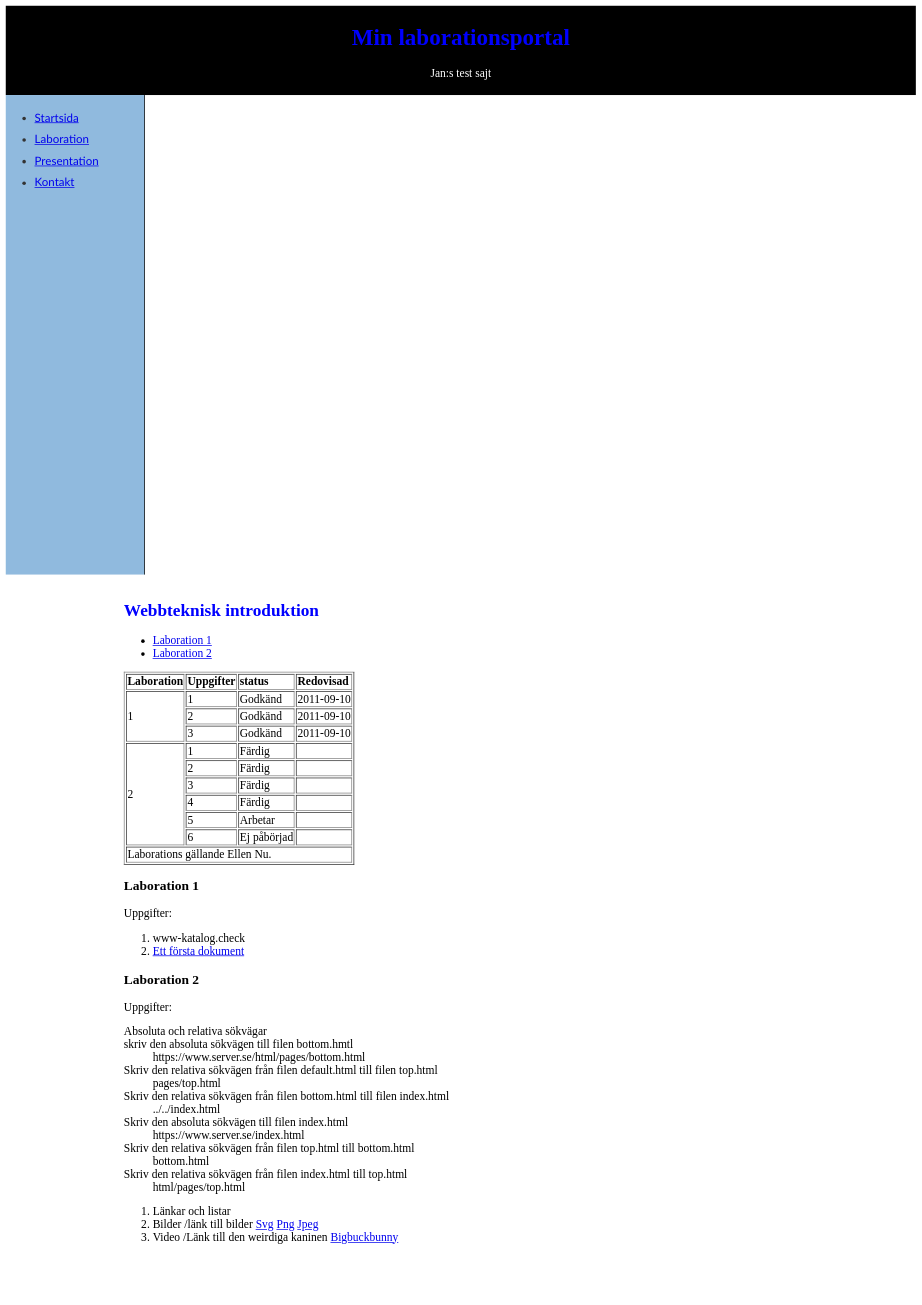
Repository: jt222ic/1ik415-jt222ic-lab-1
Page: pages/laboration.html
The author's editor kept a record of every edit. The page is drawn from the files as they stood at one moment, then again after the next edit.
The browser window is 1280 px wide. The pictures show the whole page, at 72% of full size.

Above is the page before.

### pages/laboration.html
<!DOCTYPE html>
<html lang="en-sv">
    <head>
        <meta charset="utf-8" />
        <title>Laborationsportal</title>
        <link rel="stylesheet" href="Csss/style.css" />
    </head>
    <body>


    <div id="header">
        <h1>Min laborationsportal</h1>

        <p>Jan:s test sajt</p>
   </div>



   <div id="nav">
     <ul>
          <li><a href="../index.html" class="active"> Startsida</a></li>
          <li><a href="laboration.html" class="active"> Laboration</a></li>
          <li><a href ="presentation.html" class="active"> Presentation</a></li>
          <li><a href ="kontakt.html" class="active"> Kontakt</a></li>
    </ul>
    </div>
<div id="section">
    <h2>Webbteknisk introduktion</h2>

    <ul>
    <li><a href="laboration.html#lab1"> Laboration 1</a></li>
    <li><a href="laboration.html#lab2"> Laboration 2</a></li>


    </ul>

    <table border="1">
    <thead>

<tr>
            <td><strong>Laboration</strong></td>
            <td><strong>Uppgifter</strong></td>
            <td><strong>status</strong></td>
            <td><strong>Redovisad</strong></td>
</tr>
        </thead>
<tbody>
<tr>
            <td rowspan="3">1</td>
            <td>1</td>
            <td>Godkänd</td>
            <td>2011-09-10</td>
</tr>

<tr>
            <td>2</td>
            <td>Godkänd</td>
            <td>2011-09-10</td>

</tr>

            <tr>
            <td>3 </td>
            <td>Godkänd</td>
            <td>2011-09-10</td>

</tr>
<tr>
            <td rowspan="6">2</td>
            <td>1</td>
            <td>Färdig</td>
            <td></td>



</tr>
<tr>
            <td>2</td>
            <td>Färdig</td>
            <td></td>
</tr>
<tr>
            <td>3</td>
            <td>Färdig</td>
            <td></td>




</tr>

<tr>
            <td>4</td>
            <td>Färdig</td>
            <td></td>




</tr>
<tr>
            <td>5</td>
            <td>Arbetar</td>
            <td></td>




</tr>
<tr>
            <td>6</td>
            <td>Ej påbörjad</td>
            <td></td>




</tr>
</tbody>
<tfoot>
<tr>
            <td colspan="4">Laborations gällande Ellen Nu.</td>
</tr>


</tfoot>

</table>




    <a id="lab1"></a>
    <h3>Laboration 1</h3>
    <p>Uppgifter:</p>



<ol>
        <li> www-katalog.check </li>
        <li><a href ="Presentation.html">Ett första dokument</a></li>
</ol>

    <h3>Laboration 2</h3>
    <p>Uppgifter:</p>





        <a id="lab2"></a>






                <dl>
                     <dt>Absoluta och relativa sökvägar</dt>
                    <dt>skriv den absoluta sökvägen till filen bottom.hmtl </dt>
                    <dd>https://www.server.se/html/pages/bottom.html</dd>
                    <dt>Skriv den relativa sökvägen från filen default.html till filen top.html</dt>
                    <dd>pages/top.html</dd>
                    <dt>Skriv den relativa sökvägen från filen bottom.html till filen index.html</dt>
                    <dd>../../index.html</dd>
                    <dt>Skriv den absoluta sökvägen till filen index.html</dt>
                    <dd>https://www.server.se/index.html</dd>
                    <dt>Skriv den relativa sökvägen från filen top.html till bottom.html</dt>
                    <dd>bottom.html</dd>
                    <dt>Skriv den relativa sökvägen från filen index.html till top.html</dt>
                    <dd>html/pages/top.html</dd>
                </dl>

<ol>
        <li>Länkar och listar</li>
        <li>Bilder /länk till bilder <a href="../index.html#ankar">Svg</a>
        <a href="../index.html#sten" >Png</a>
        <a href="presentation.html#bild">Jpeg</a>

        </li>
        <li>Video /Länk till den weirdiga kaninen <a href="../index.html#bunny">Bigbuckbunny</a></li>
</ol>


</div>
<div id="footer">
<p>Copyright JanTranCompany</p>
</div>

    </body>
</html>

### pages/Csss/style.css


body{
 background-color:;
}

h1, h2{
    color:blue;
}



#header {
    background-color:black;
    color:white;
    text-align:center;
    padding:5px;
}

#section {
    width:1100px;
    float:right;
    padding:10px
    float:right;
    text-align:left;
}
#footer {
    background-color:white;
    color:white;
    clear:both;
    text-align:center;
    padding:5px;


}
#nav{
    line-height:30px;
    background-color:blue;
    height:650px;
    width:200px;
    float:left;
    padding:5px;
}

#nav {
	width: 12em;
	border-right: 1px solid #000;
	padding: 0 0 1em 0;
	margin-bottom: 1em;
	font-family: 'Trebuchet MS', 'Lucida Grande', Verdana, Arial, sans-serif;
	background-color: #90bade;
	color: #333;
}

#button ul {
	list-style: none;
	margin: 0;
	padding: 0;
	border: none;
}

#button li {
	border-bottom: 1px solid #90bade;
	margin: 0;
	list-style: none;
	list-style-image: none;
}

#button li a {
	display: block;
	padding: 5px 5px 5px 0.5em;
	border-left: 10px solid #1958b7;
	border-right: 10px solid #508fc4;
	background-color: #2175bc;
	color: #fff;
	text-decoration: none;
	width: 100%;
}

html>body #button li a {
	width: auto;
}

#button li a:hover {
	border-left: 10px solid #1c64d1;
	border-right: 10px solid #5ba3e0;
	background-color: #2586d7;
	color: #fff;
}

After the next edit:
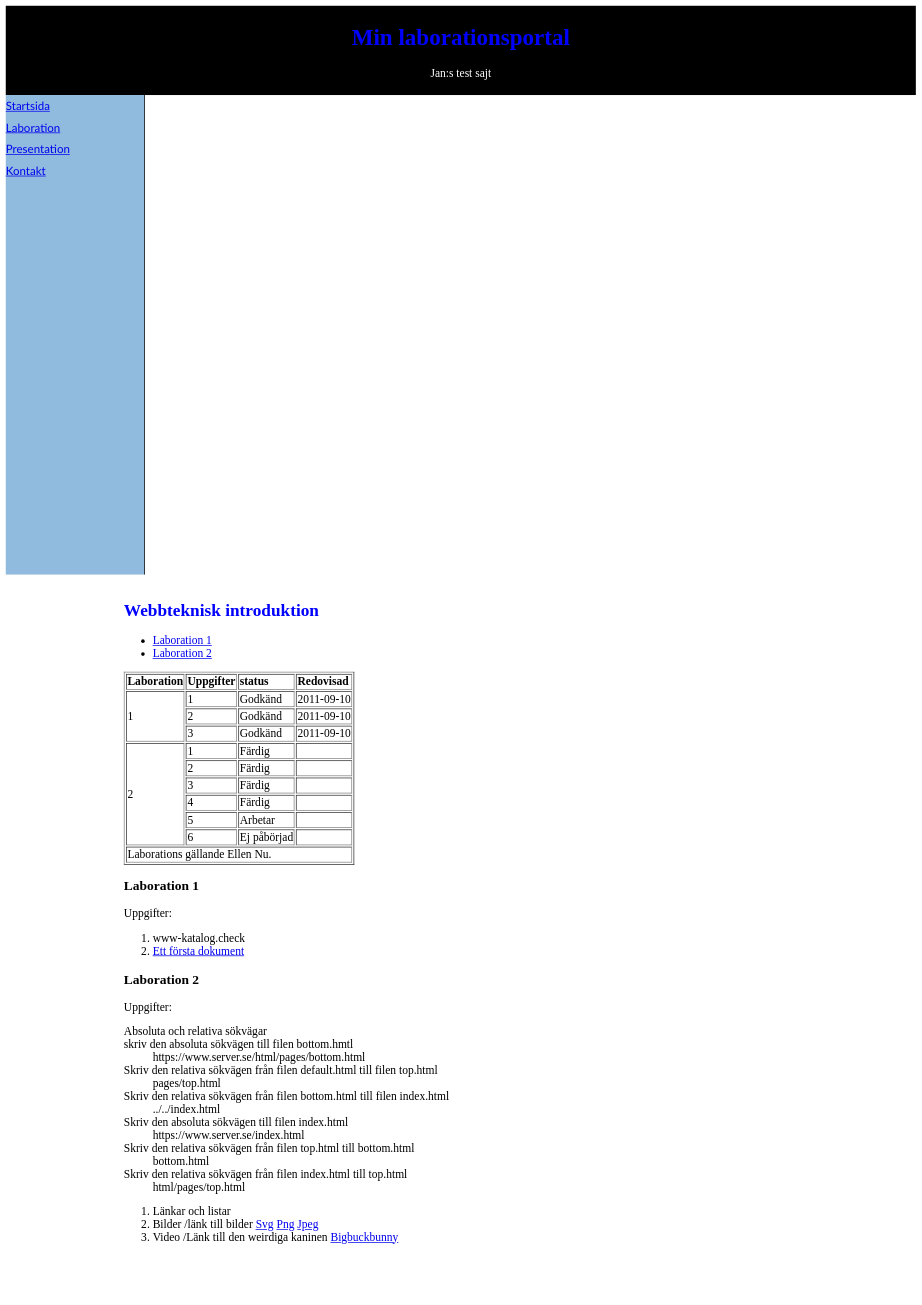
The edit:
--- a/pages/Csss/style.css
+++ b/pages/Csss/style.css
@@ -52,7 +52,7 @@
 	color: #333;
 }
 
-#button ul {
+#nav ul {
 	list-style: none;
 	margin: 0;
 	padding: 0;
